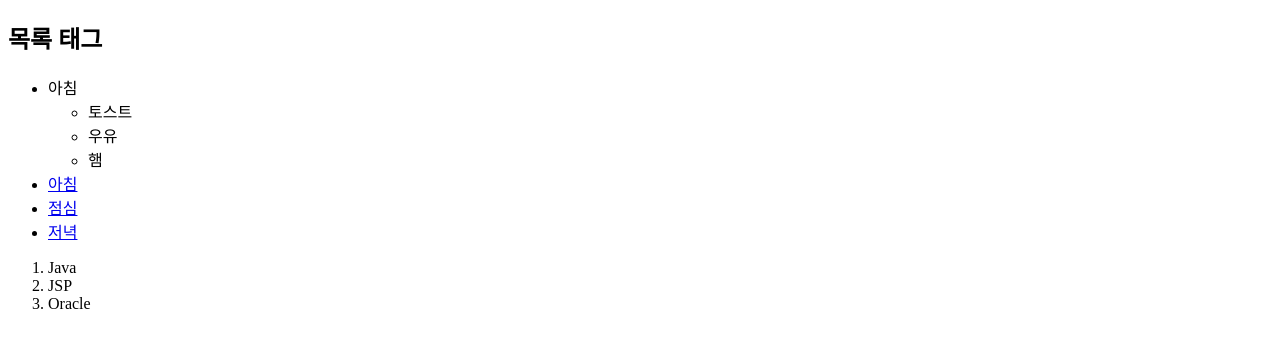
Repository: jinaa11/Kcc_Web
Page: Html/WebContent/list.html
An editor plug-in stored every save of this project. The page is shown before and after the next save, followed by the edit.
The browser window is 1280 px wide. The pictures show the whole page.

Above is the page before, as saved 2024-07-08 02:43:03.

### Html/WebContent/list.html
<!DOCTYPE html>
<html>
<head>
<meta charset="UTF-8">
<title>Insert title here</title>
<style type="text/css">
	/*
	li {
		display: inline;
		padding: 5px 15px;
		border-left: 1px solid #000;
	}

	a{
		text-decoration: none;
		color: darkgreen;
		font-weight: bold;
		fond-size: 18px;
	}
	*/
</style>
</head>
<body>
	<h2>목록 태그</h2>
	<ul>
		<li>아침
			<ul>
				<li>토스트</li>
				<li>우유</li>
				<li>햄</li>
			</ul>
		</li>
		<li><a href="#">아침</a></li>
		<li><a href="#">점심</a></li>
		<li><a href="#">저녁</a></li>
	</ul>

	<ol>
		<li>Java</li>
		<li>JSP</li>
		<li>Oracle</li>
	</ol>
</body>
</html>

After the next save:
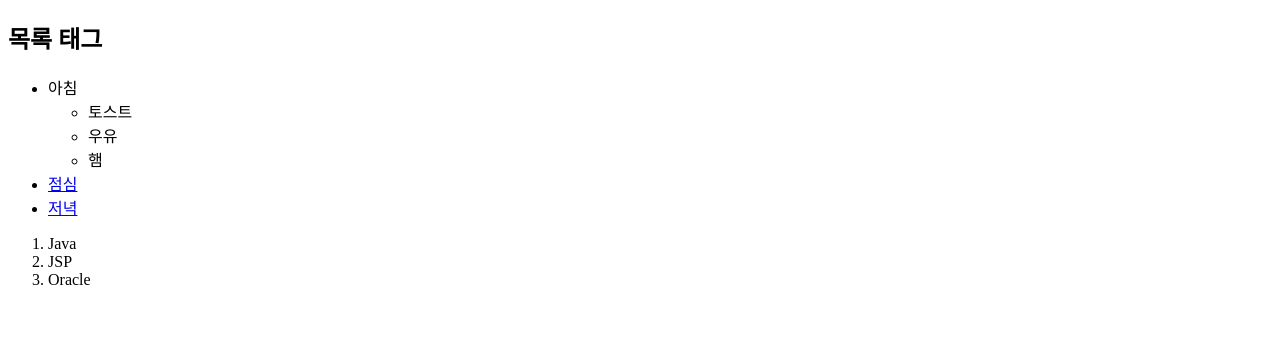
Saved 20 s later.
--- a/Html/WebContent/list.html
+++ b/Html/WebContent/list.html
@@ -30,7 +30,6 @@
 				<li>햄</li>
 			</ul>
 		</li>
-		<li><a href="#">아침</a></li>
 		<li><a href="#">점심</a></li>
 		<li><a href="#">저녁</a></li>
 	</ul>
